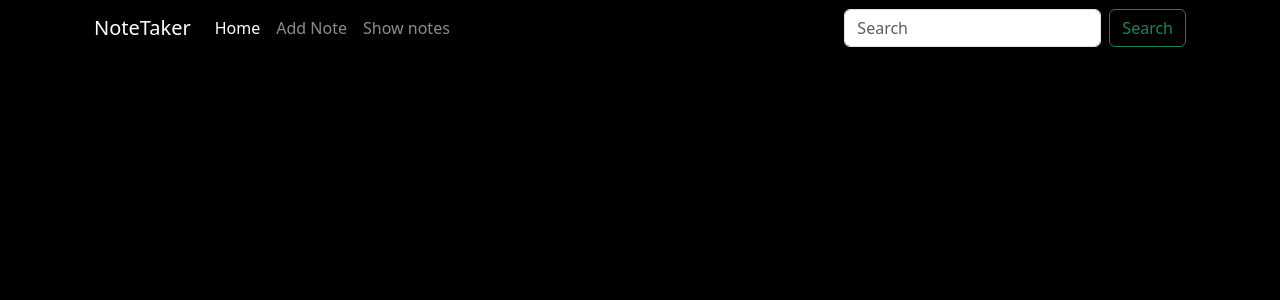
Repository: smritihbtu/Note-Maker
Page: http://localhost/NoteTaker/
The author's editor kept a copy of each file at every save. The page is drawn from the files as they stood at one save, then again after the next save.
The browser window is 1280 px wide. The pictures show the whole page.
The page is served by Tomcat 9.

Above is the page before, as saved 2023-08-19 16:17:54.

After the next save:
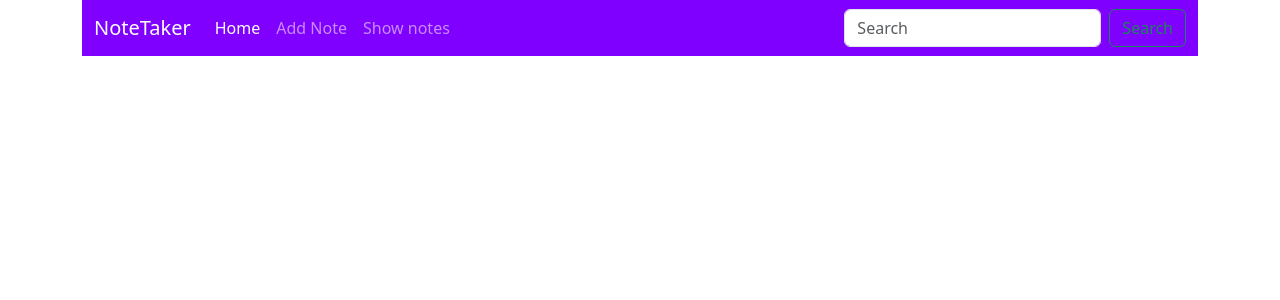
Saved 71 s later.
--- a/NoteTaker/src/main/webapp/css/style.css
+++ b/NoteTaker/src/main/webapp/css/style.css
@@ -1,5 +1,5 @@
-.body{
-	background-color : black;
+.purple{
+	background : rgb(128, 0, 255);
 }
 /* .container{
 	background-color: red;
